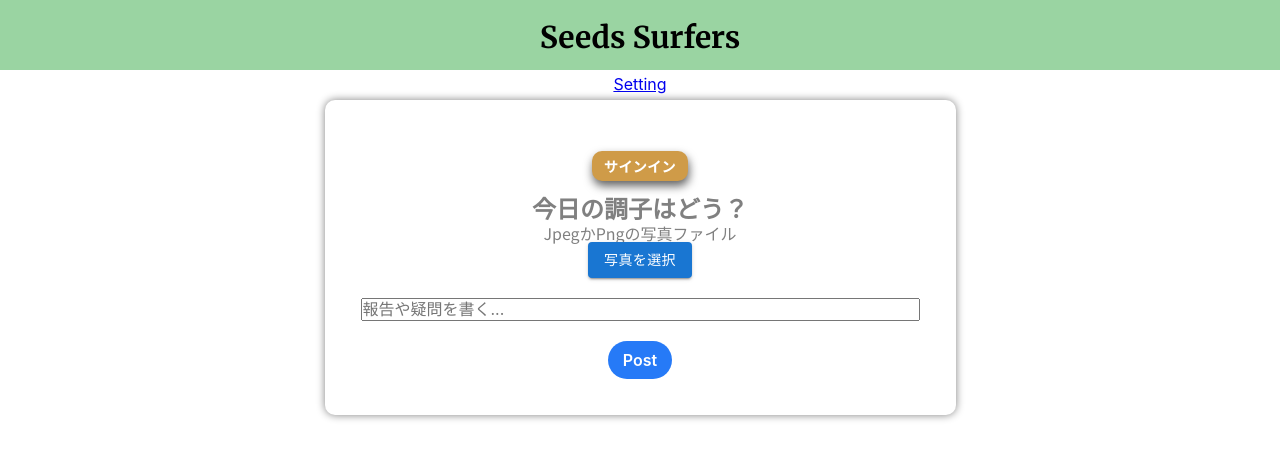
Repository: Seiya00002/seeds_surfers_react_sns
Page: /
These files come from the project's save history. The page is drawn as it stood at one moment and after the next save; the edit follows.
The browser window is 1280 px wide. The pictures show the whole page.
The page's requests for data from a server got no answer. The project was rebuilt for these pictures with package versions that can differ from the ones it lists, and the page was loaded fresh each time. No one was signed in, and anything a server would have sent is missing. Also part of the build but not shown: src/Components/Post.css, src/Components/Post.tsx, src/Components/Account.tsx.

Above is the page before, as saved 2023-08-24 16:52:11.

### public/index.html
<!DOCTYPE html>
<html lang="en">
  <head>
    <meta charset="utf-8" />
    <link rel="icon" href="%PUBLIC_URL%/favicon.ico" />
    <meta name="viewport" content="width=device-width, initial-scale=1" />
    <meta name="theme-color" content="#000000" />
    <meta
      name="description"
      content="Web site created using create-react-app"
    />
    <link rel="apple-touch-icon" href="%PUBLIC_URL%/logo192.png" />
    <!--
      manifest.json provides metadata used when your web app is installed on a
      user's mobile device or desktop. See https://developers.google.com/web/fundamentals/web-app-manifest/
    -->
    <link rel="manifest" href="%PUBLIC_URL%/manifest.json" />
    <!--
      Notice the use of %PUBLIC_URL% in the tags above.
      It will be replaced with the URL of the `public` folder during the build.
      Only files inside the `public` folder can be referenced from the HTML.

      Unlike "/favicon.ico" or "favicon.ico", "%PUBLIC_URL%/favicon.ico" will
      work correctly both with client-side routing and a non-root public URL.
      Learn how to configure a non-root public URL by running `npm run build`.
    -->
    <link rel="stylesheet" href="https://cdnjs.cloudflare.com/ajax/libs/normalize/8.0.1/normalize.min.css">
    <title>React App</title>
  </head>
  <body>
    <noscript>You need to enable JavaScript to run this app.</noscript>
    <div id="root"></div>
    <!--
      This HTML file is a template.
      If you open it directly in the browser, you will see an empty page.

      You can add webfonts, meta tags, or analytics to this file.
      The build step will place the bundled scripts into the <body> tag.

      To begin the development, run `npm start` or `yarn start`.
      To create a production bundle, use `npm run build` or `yarn build`.
    -->
  </body>
</html>

### src/index.tsx
import React from 'react';
import { BrowserRouter, Routes, Route } from "react-router-dom";
import ReactDOM from 'react-dom/client';
import './index.css';
import reportWebVitals from './reportWebVitals';
import App from './App';
import Account from './Components/Account';

const root = ReactDOM.createRoot(
  document.getElementById('root') as HTMLElement
);
root.render(
  <React.StrictMode>
    <BrowserRouter>
      <Routes>
        <Route path='/' element={<App />} />
        <Route path='/account' element={<Account />} />
      </Routes>
    </BrowserRouter>
  </React.StrictMode>
);

reportWebVitals();

### src/index.css
* {
  box-sizing: border-box;
  margin: 0;
  padding: 0;
}

body {
  font-family: -apple-system, BlinkMacSystemFont, 'Segoe UI', 'Roboto', 'Oxygen',
    'Ubuntu', 'Cantarell', 'Fira Sans', 'Droid Sans', 'Helvetica Neue',
    sans-serif;
  -webkit-font-smoothing: antialiased;
  -moz-osx-font-smoothing: grayscale;

}

code {
  font-family: source-code-pro, Menlo, Monaco, Consolas, 'Courier New',
    monospace;
}

### src/App.tsx
import React from 'react';
import './App.css';
import { db, storage } from './firebase';
import { useEffect, useState, useRef } from "react";
import { collection, query, orderBy, getDocs, QuerySnapshot } from "firebase/firestore";
import { doc, onSnapshot } from 'firebase/firestore';
import { AuthProvider } from './AuthContext';
import Header from './Header';
import Post from './Components/Post';
import PostUploader from './Components/PostUploader';

function App() {
  const [posts, setPosts] = useState<any>([]);

  useEffect(() => {
    const q = query(collection(db, 'posts'), orderBy('timestamp', 'desc'));
    // リアルタイム表示
    const unsubscribe = onSnapshot(q, (querySnapshot) => {
      const postsData = querySnapshot.docs.map((doc) => {
        return { id: doc.id, ...doc.data() };
      });
      setPosts(postsData);
    });

    return () => {
      // コンポーネントがアンマウントされる際にunsubscribeを行う
      unsubscribe();
    };
  }, []);

  console.log("Posts in App:", posts);

  return(
    <AuthProvider>
      <div className="App">
        <Header />
        <PostUploader setPosts={setPosts} />
        {posts.map((post:any) => (
          <Post key={post.timestamp} post={post} />
        ))}
      </div>
    </AuthProvider>
  );
}

export default App;

### src/App.css
@import url('https://fonts.googleapis.com/css2?family=Merriweather:wght@400;700&family=Noto+Sans+JP:wght@100;200;300;400;500;600;700&display=swap');

p {
  font-family: 'Noto Sans JP', sans-serif;
}

.App {
  text-align: center;
  display: flex;
  justify-content: center;
  align-items: center;
  width: 100%;
  flex-flow: column;
}

### src/firebase.tsx
import { initializeApp } from "firebase/app";
import { getFirestore } from "firebase/firestore";
import { getStorage } from "firebase/storage";
import { getAuth } from "firebase/auth";
import { GoogleAuthProvider } from "firebase/auth";


const firebaseConfig = {
  apiKey: "AIzaSyDRiOj3JAcuLe6c_Ms2hhsjBCCb8lLwSGU",
  authDomain: "seeds-surfers-react-sns.firebaseapp.com",
  projectId: "seeds-surfers-react-sns",
  storageBucket: "seeds-surfers-react-sns.appspot.com",
  messagingSenderId: "1087322797942",
  appId: "1:1087322797942:web:be61f4173bd538ec6e2c57"
};

const app = initializeApp(firebaseConfig);

export const storage = getStorage(app);
export const db = getFirestore(app);
export const auth = getAuth();
export const provider = new GoogleAuthProvider();

### src/AuthContext.tsx
import { useEffect } from "react";
import { auth } from "./firebase";
import { User } from "firebase/auth";
import { useAuthState } from "react-firebase-hooks/auth";
import { createContext, useState, Dispatch, SetStateAction  } from 'react';

type AuthContextType = {
    user: User | null;
    setUser: Dispatch<SetStateAction<User | null>>;
    signOut: () => Promise<void>;
};

export const AuthContext = createContext<AuthContextType>({
    user: null,
    setUser: () => {},
    signOut: async () => {}
});


export const AuthProvider = ({ children }: { children: React.ReactNode }) => {
    const [user, setUser] = useState<User | null>(() => {
        // リロード時ローカルストレージに状態一時保存
        const storedUser = localStorage.getItem('user');
        return storedUser ? JSON.parse(storedUser) : null;
    });

    useEffect(() => {
        if(user) {
            localStorage.setItem('user', JSON.stringify(user));
        } else {
            localStorage.removeItem('user');
        }
    }, [user]);

    const signOut = async () => {
        await auth.signOut();
        setUser(null);
    }

    return(
        <AuthContext.Provider value={{ user, setUser, signOut }}>
            { children }
        </AuthContext.Provider>
    );
};

### src/Header.tsx
import React from "react";
import './Header.css';

function Header() {
    return(
        <div className="header">
            <h2>Seeds Surfers</h2>
            {/* <h3>Produced by cova.amigo</h3> */}
            <a href="/account">Setting</a>
        </div>
    )
}

export default Header;

### src/Components/PostUploader.tsx
import React, { useState}  from "react";
import "./PostUploader.css";
import { Button } from '@mui/material';
import { db, storage } from "../firebase";
import { ref, uploadBytesResumable, getDownloadURL } from "firebase/storage";
import firebase from "firebase/app";
import "firebase/firestore";
import { addDoc, collection, serverTimestamp} from "firebase/firestore";
import Post from "./Post";
import Login from "./Login";

interface PostUploaderProps {
  setPosts: React.Dispatch<React.SetStateAction<any[]>>;
}

function PostUploader({ setPosts }: PostUploaderProps) {
  const [loading, setLoading] = useState<boolean>(false);
  const [isUpLoaded, setUploaded] = useState<boolean>(false);
  const [text, setText] = useState<string>("");
  const [fileUrl, setFileUrl] = useState<any>("");

  const OnFileUploadToFirebase = (e:any) => {
        const file = e.target.files[0];
        const storageRef = ref(storage, 'image/' + file.name);
        const uploadImage = uploadBytesResumable(storageRef, file);

        setLoading(true);

        uploadImage.then((snapshot) => {
          setLoading(false);
          setUploaded(true);
          return getDownloadURL(snapshot.ref);
        })
        .then((url) => {
          setFileUrl(url);
        })
        .catch((error: any) => {
          setLoading(false);
          console.error("画像のアップロードに失敗しました。:", error);
        });
  };

  const onTextUploadToFirebase = () => {
    addDoc(collection(db, "posts"), {
      text:text,
      imageUrl:fileUrl,
      timestamp: serverTimestamp(),
    })
    .then((docRef)=>{
      console.log("投稿が完了しました！");

      const newDocId = docRef.id;

      setText("");
      setFileUrl("");
      setUploaded(false);

      // Post コンポーネントに渡すデータに新しいドキュメントIDを追加
      setPosts((prevPosts) => [
        ...prevPosts,
        {
          text: text,
          imageUrl: fileUrl,
          timestamp: serverTimestamp(),
          id: newDocId,
        },
      ]);

      console.log("新しく追加されたドミュメントのID:", newDocId);
    })
    .catch((error: any) => {
      console.error("エラーが発生しました。:",error);
    });
  };


  return (
    <>
      {loading ?(
        <h2>画像アップロード中・・・</h2>
      ) : (
        <>
          {isUpLoaded ? (
            <>
              <div className="outerBox">
                <h2>画像アップロード完了しました！</h2>

                <form id="post">
                  <label>
                    <input
                      type="text"
                      placeholder="報告や疑問を書く..."
                      size={50}
                      maxLength={500}
                      value={text}
                      onChange={e => setText(e.target.value)}
                    />
                  </label>
                  </form>
                  <input
                    type="button"
                    form="post"
                    value="Post"
                    onClick={onTextUploadToFirebase}
                  />
              </div>
            </>
            ) : (
              <div className="outerBox">
                <div className="title">
                　<Login />
                  <h2>今日の調子はどう？</h2>
                  <p>JpegかPngの写真ファイル</p>
                </div>
                <Button variant="contained">
                  写真を選択
                  <input
                  className="imageUploadInput"
                  type="file"
                  accept=".png, .jpeg, .jpg"
                  onChange={OnFileUploadToFirebase}
                  />
                </Button>
                <form id="post">
                  <label>
                    <input
                      type="text"
                      placeholder="報告や疑問を書く..."
                      className="textPost"
                      size={50}
                      maxLength={500}
                      value={text}
                      onChange={e => setText(e.target.value)}
                    />
                  </label>
                  </form>
                  <input
                    type="button"
                    className="textUploadInput"
                    form="post"
                    value="Post"
                    onClick={onTextUploadToFirebase}
                  />
              </div>
            )
          }
        </>
      )}
    </>
  );
};

export default PostUploader;

### src/Header.css
@import url('https://fonts.googleapis.com/css2?family=Merriweather:wght@400;700&display=swap');

.header {
    height: 70px;
    background-color: rgba(30, 160, 47, 0.449);
    margin: 0;
    padding: 0;
    width: 100%;
}

.header h2 {
    display: flex;
    justify-content: center;
    text-align: center;
    padding: 20px;
    font-family: 'Merriweather', serif;
    font-weight: 700;
    font-size: 30px;
}

### src/Components/PostUploader.css
.outerBox {
    margin: 30px 0;
    display: flex;
    flex-direction: column;
    align-items: center;
    justify-content: center;
    text-align: center;
    border: none;
    padding: 36px;
    border-radius: 10px;
    box-shadow: 0px 0px 8px gray;
    color: gray;
  }

  .outerBox h2 {
    font-weight: 600;
    margin-top: 5px;
  }

  .imageUplodeBox {
    border: 2px dashed #2d6395;
    padding: 35px 60px;
    position: relative;
  }

  .imageLogoAndText p {
    margin-bottom: 0px;
  }

  .imageUploadInput {
    opacity: 0;
    position: absolute;
    top: 0;
    left: 0;
    width: 100%;
    height: 100%;
    cursor: pointer;
  }

  .textPost {
    margin: 20px 0;
  }

  .textUploadInput {
    border-radius: 50px;
    border: none;
    background-color: #267af7;
    color: white;
    padding: 10px 15px;
    cursor: pointer;
    font-weight: 600;
  }

### src/Components/Login.tsx
//Login.tsx
import { signInWithPopup, User } from "firebase/auth";
import React from 'react';
import { useAuthState } from 'react-firebase-hooks/auth';
import { auth, provider } from '../firebase';
import './Login.css';


function Login() {
    const [user] = useAuthState(auth);

    return (
        <div className="userInfo">
            {user ? (
                <>
                    <UserInfo user={user} />
                    <SignOutButton />
                </>
            ) : (
                <SignInButton />
            )}
        </div>
    );
}

export default Login;

function SignInButton() {
    const signInWithGoogle = () => {
        signInWithPopup(auth, provider);
    };

    return (
        <button
        className="signin-button"
        onClick={signInWithGoogle}>
            <p>サインイン</p>
        </button>
    );
}

function SignOutButton() {
    return (
        <button
        className="signout-button"
        onClick={() => auth.signOut()}>
            <p>サインアウト</p>
        </button>
    );
}

function UserInfo({ user }: {user: User}) {
    const { displayName, photoURL } = user;

    return (
        <div>
            {photoURL && (
                <img
                    src={photoURL}
                    alt="User Icon"
                    className="userIcon"
                />
            )}
        </div>
    );
}

### src/Components/Login.css
.userInfo {
    margin: 5px 20px;
    display: flex;
  }

  h1 {
    font-size: 3rem;
  }

.userIcon {
    border-radius: 50%;
    width: 50px;
    height: 50px;
  }

.signout-button {
    margin: 10px 10px;
    padding: 7px 12px;
    border: none;
    border-radius: 10px;
    box-shadow: 1px 5px 10px #626262;
    cursor: pointer;
    background-color: #cf9b48;
    color: white;
    font-weight: 300;
    font-size: 5px;
    width: 80pxpx;
    height: 30px;
  }

  .signin-button {
    margin: 10px auto;
    padding: 7px 12px;
    border: none;
    border-radius: 10px;
    box-shadow: 1px 5px 10px #626262;
    cursor: pointer;
    background-color: #cf9b48;
    color: white;
    font-weight: 300;
    font-size: 5px;
    width: 80pxpx;
    height: 30px;
  }

  .signout-button p {
    font-size: 0.9rem;
    font-weight: 600;
  }

  .signin-button p {
    font-size: 0.9rem;
    font-weight: 600;
  }

### src/Components/Account.css
.accountSetting {
    margin-top: 20px;
    display: flex;
    justify-content: center;
    text-align: center;
}

.settingButton {
    float: right;
}

Loaded but not shown: src/reportWebVitals.ts (common file)

After the next save:
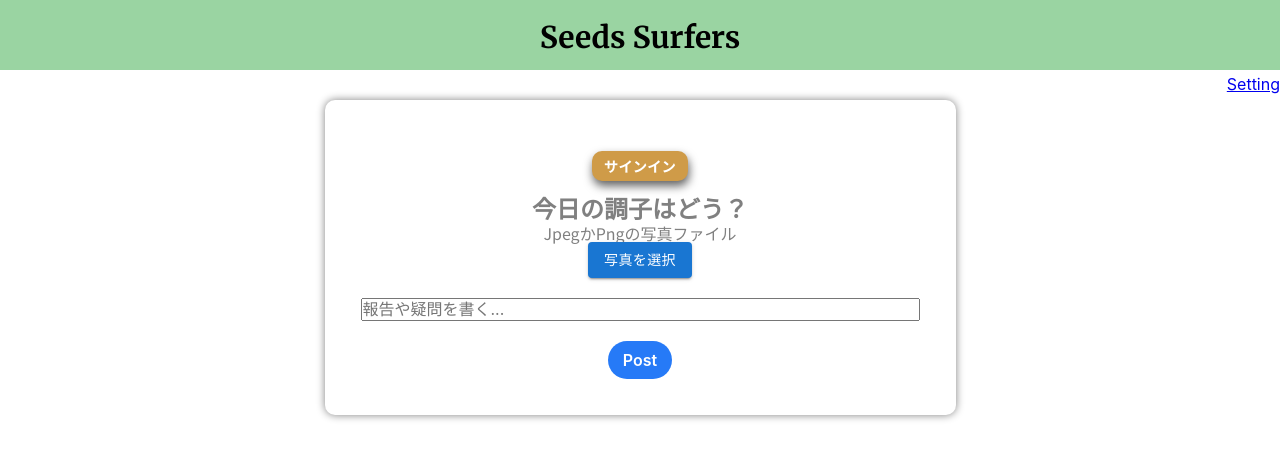
Saved 6 s later.
--- a/src/Header.tsx
+++ b/src/Header.tsx
@@ -6,7 +6,12 @@ function Header() {
         <div className="header">
             <h2>Seeds Surfers</h2>
             {/* <h3>Produced by cova.amigo</h3> */}
-            <a href="/account">Setting</a>
+            <a
+            href="/account"
+            className="settingButton"
+            >
+            Setting
+            </a>
         </div>
     )
 }
